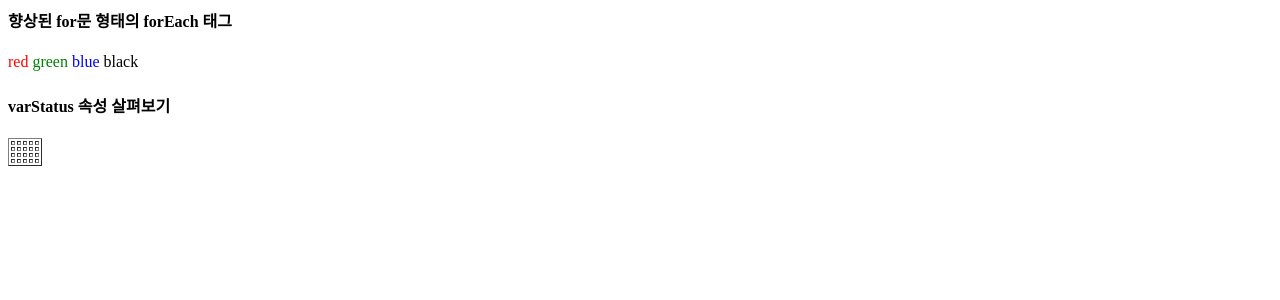
Repository: jungwoonAn/jsp_basic
Page: http://localhost/MustHaveJSP/11_JSTL/core/ForEachExtend1.jsp
These files come from the project's save history. The page is drawn as it stood at one moment and after the next save; the edit follows.
The browser window is 1280 px wide. The pictures show the whole page.
The page is served by Tomcat 10. Other server files are loaded and not shown.

Above is the page before, as saved 2024-10-25 00:40:49.

### MustHaveJSP/src/main/webapp/11_JSTL/core/ForEachExtend1.jsp
<%@ page language="java" contentType="text/html; charset=UTF-8"
    pageEncoding="UTF-8"%>
<%@ taglib prefix="c" uri="jakarta.tags.core" %>
<html>
<head><title>JSTL - forEach2</title></head>
<body>
    <h4>향상된 for문 형태의 forEach 태그</h4>
    <%
    String[] rgba = {"red", "green", "blue", "black"};
    %>
   	<c:forEach items="<%= rgba %>" var="color">
   		<span style="color: ${color};">${ color }</span>
   	</c:forEach>

   	<h4>varStatus 속성 살펴보기</h4>
   	<table border="1">
   	<c:forEach items="<%= rgba %>" var="c" varStatus="loop">
   		<tr>
   			<td></td>
   			<td></td>
   			<td></td>
   			<td></td>
   			<td></td>
   		</tr>
   	</c:forEach>
   	</table>
</body>
</html>

After the next save:
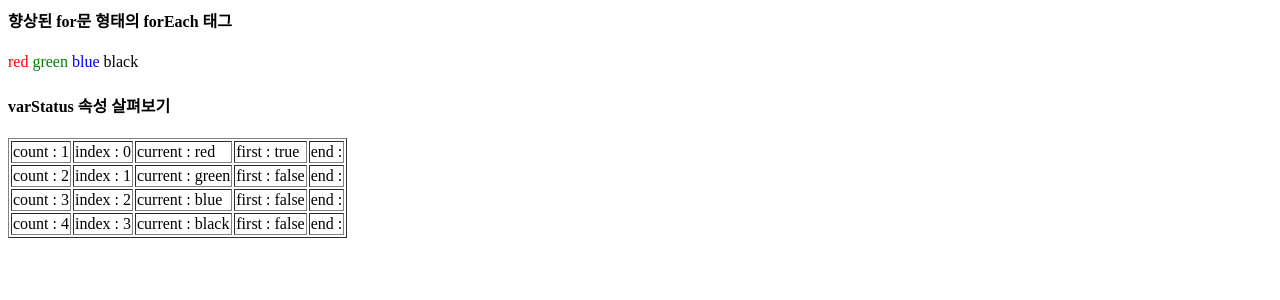
Saved 2 min 18 s later.
--- a/MustHaveJSP/src/main/webapp/11_JSTL/core/ForEachExtend1.jsp
+++ b/MustHaveJSP/src/main/webapp/11_JSTL/core/ForEachExtend1.jsp
@@ -16,11 +16,11 @@
    	<table border="1">
    	<c:forEach items="<%= rgba %>" var="c" varStatus="loop">
    		<tr>
-   			<td></td>
-   			<td></td>
-   			<td></td>
-   			<td></td>
-   			<td></td>
+   			<td>count : ${ loop.count }</td>
+   			<td>index : ${ loop.index }</td>
+   			<td>current : ${ loop.current }</td>
+   			<td>first : ${ loop.first }</td>
+   			<td>end : ${ loop.end }</td>
    		</tr>
    	</c:forEach>
    	</table>
